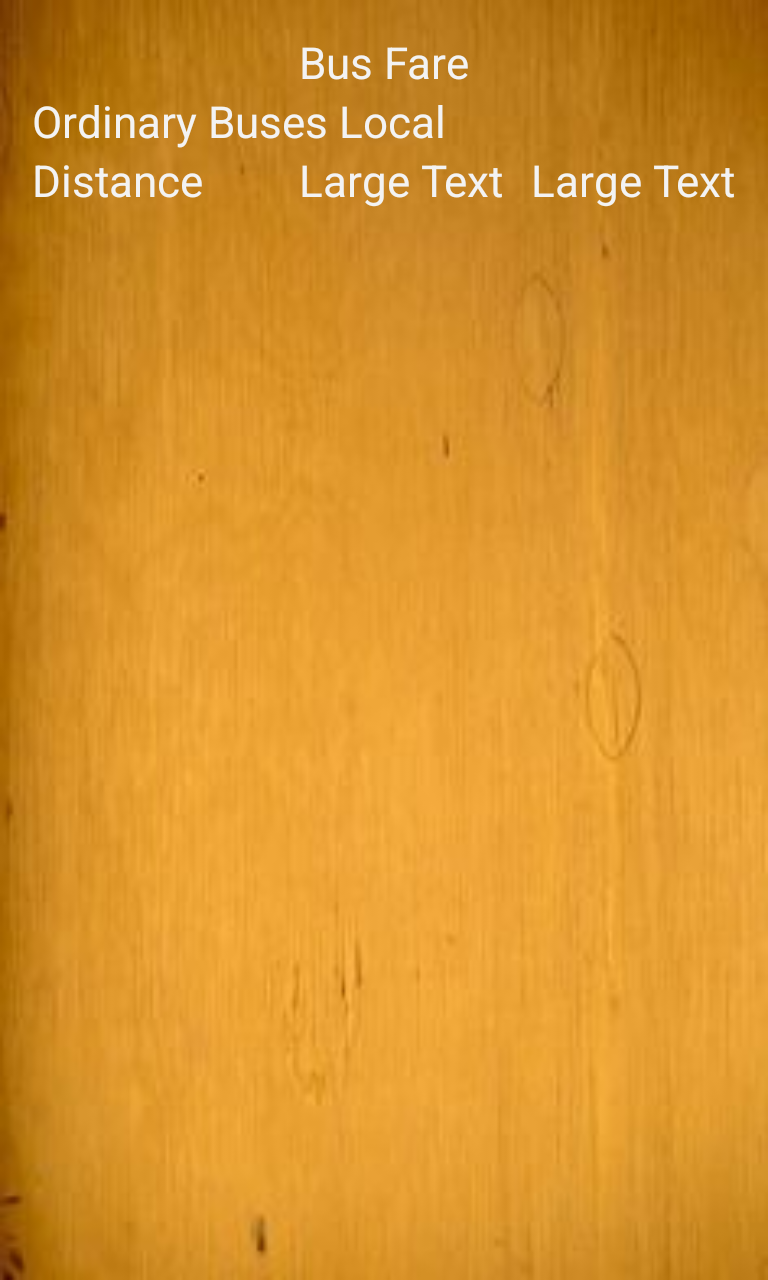
Repository: yogeshwar1996/android-app
Layout: CHD!!@BUSES/res/layout/activity_info.xml
The author's editor kept a copy of each file at every save. The layout is drawn from the files as they stood at one save, then again after the next save.
It is drawn on a 768 x 1280 px phone screen (xhdpi) without system bars, with theme android:Theme.Holo; the app's code is not run.

Above is the layout before, as saved 2016-07-11 04:55:40.

After the next save:
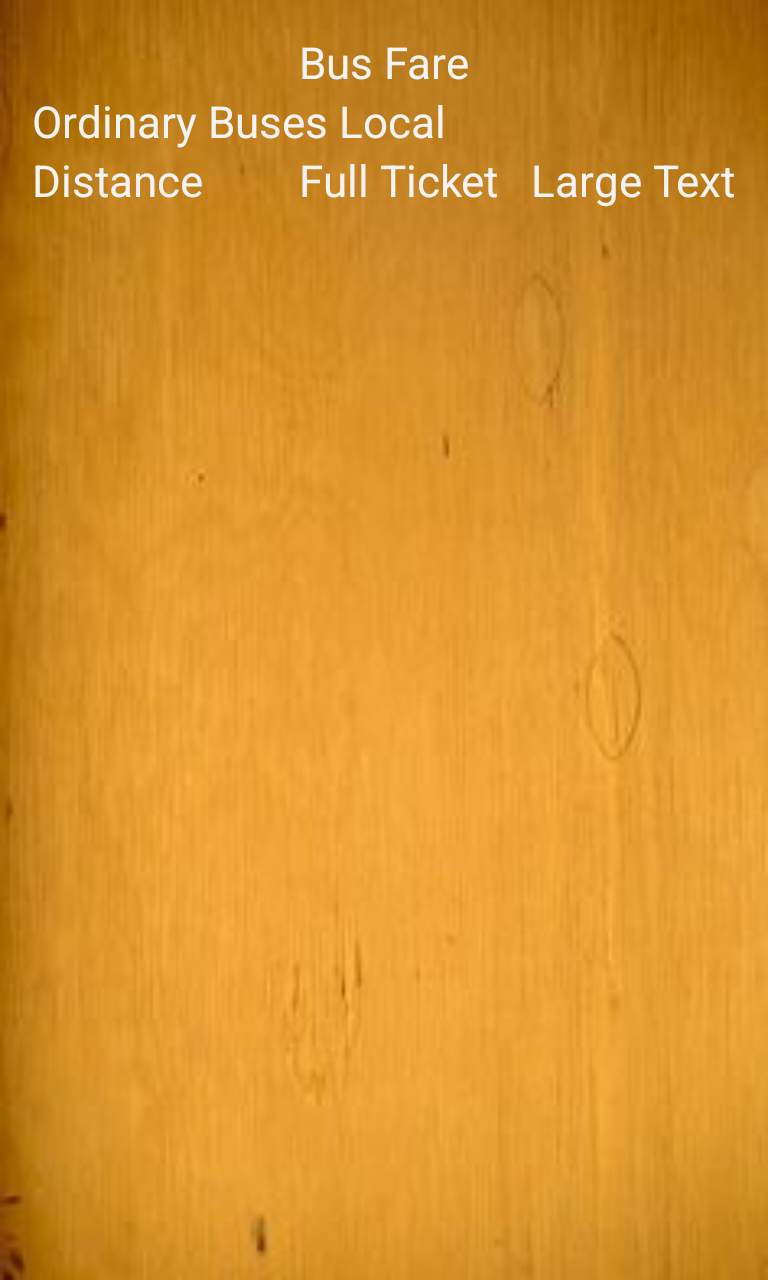
Saved 21 s later.
--- a/CHD!!@BUSES/res/layout/activity_info.xml
+++ b/CHD!!@BUSES/res/layout/activity_info.xml
@@ -34,7 +34,7 @@
         android:layout_alignBaseline="@+id/textView3"
         android:layout_alignBottom="@+id/textView3"
         android:layout_alignLeft="@+id/textView1"
-        android:text="Large Text"
+        android:text="Full Ticket"
         android:textAppearance="?android:attr/textAppearanceLarge" />
 
     <TextView
